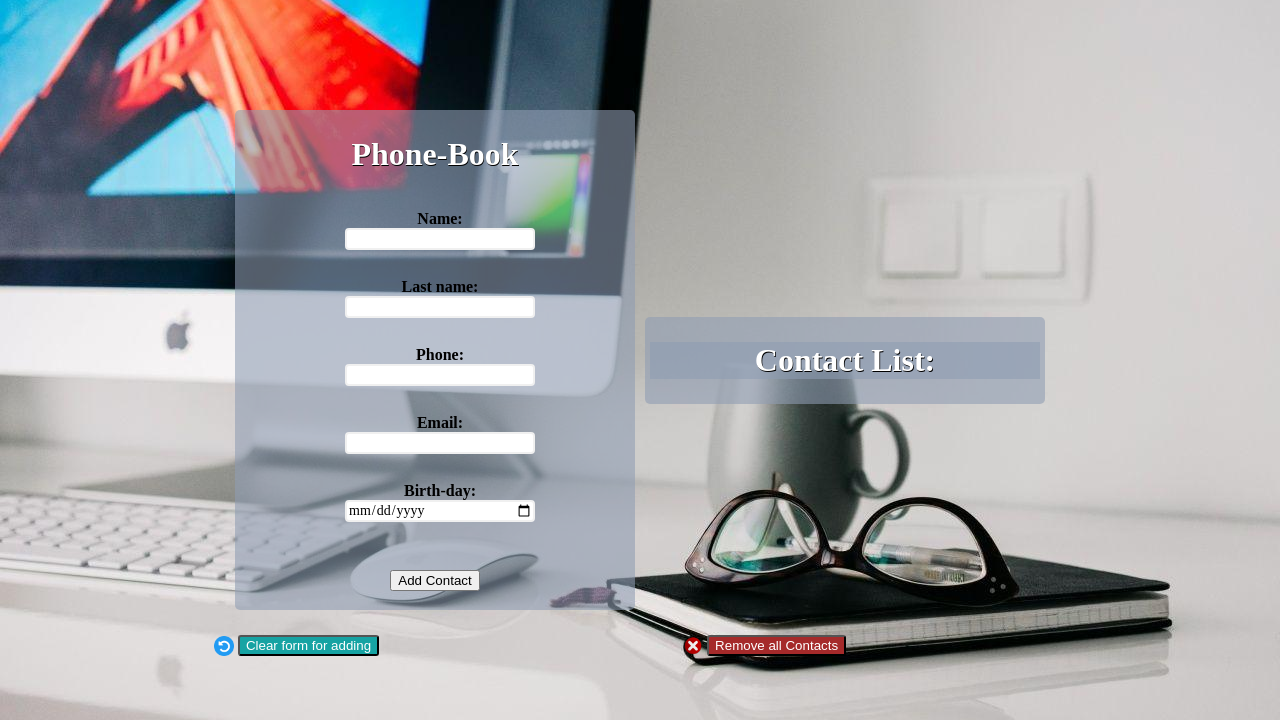
Repository: STA1357/Phone-book
Page: Inner.html
The author's editor kept a copy of each file at every save. The page is drawn from the files as they stood at one save, then again after the next save.
The browser window is 1280 px wide. The pictures show the whole page.

Above is the page before, as saved 2020-12-12 18:15:34.

After the next save:
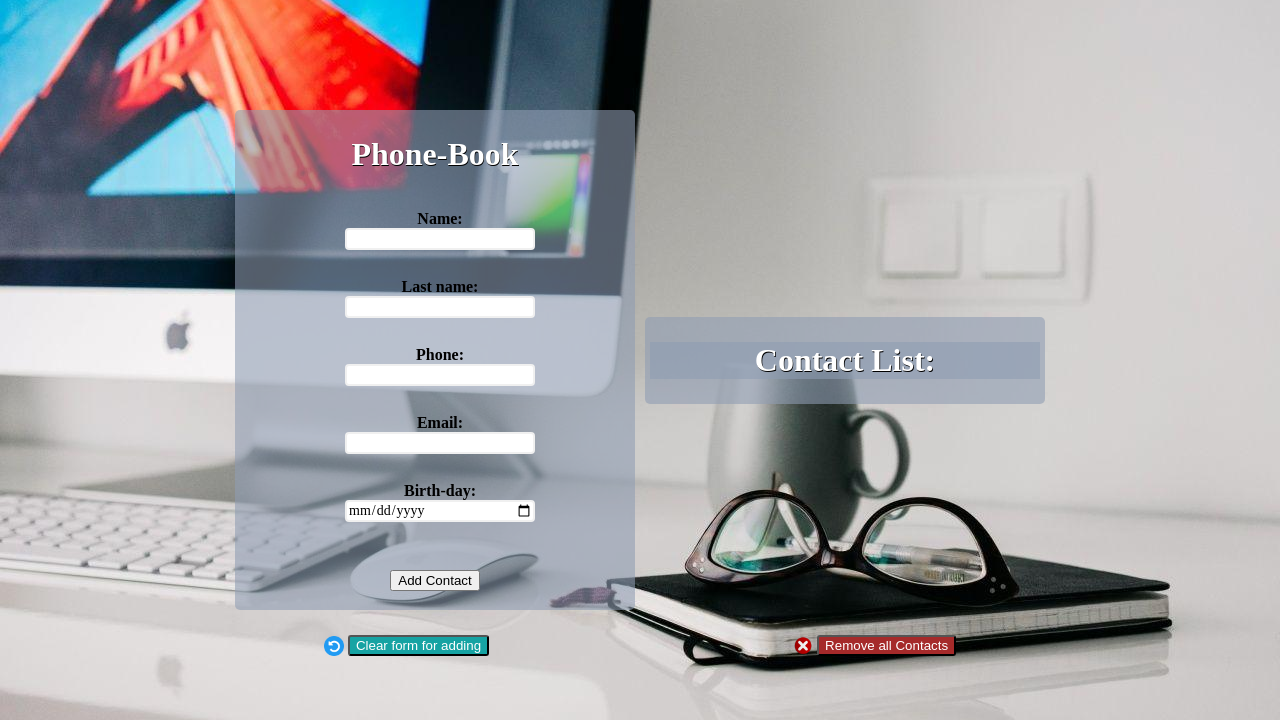
Saved 29 s later.
--- a/styles.css
+++ b/styles.css
@@ -138,7 +138,6 @@ li{
 .clearBook{
     display: block;
     position: fixed;
-    margin-left: -220px;
 }
 
 .clearBookBtn{
